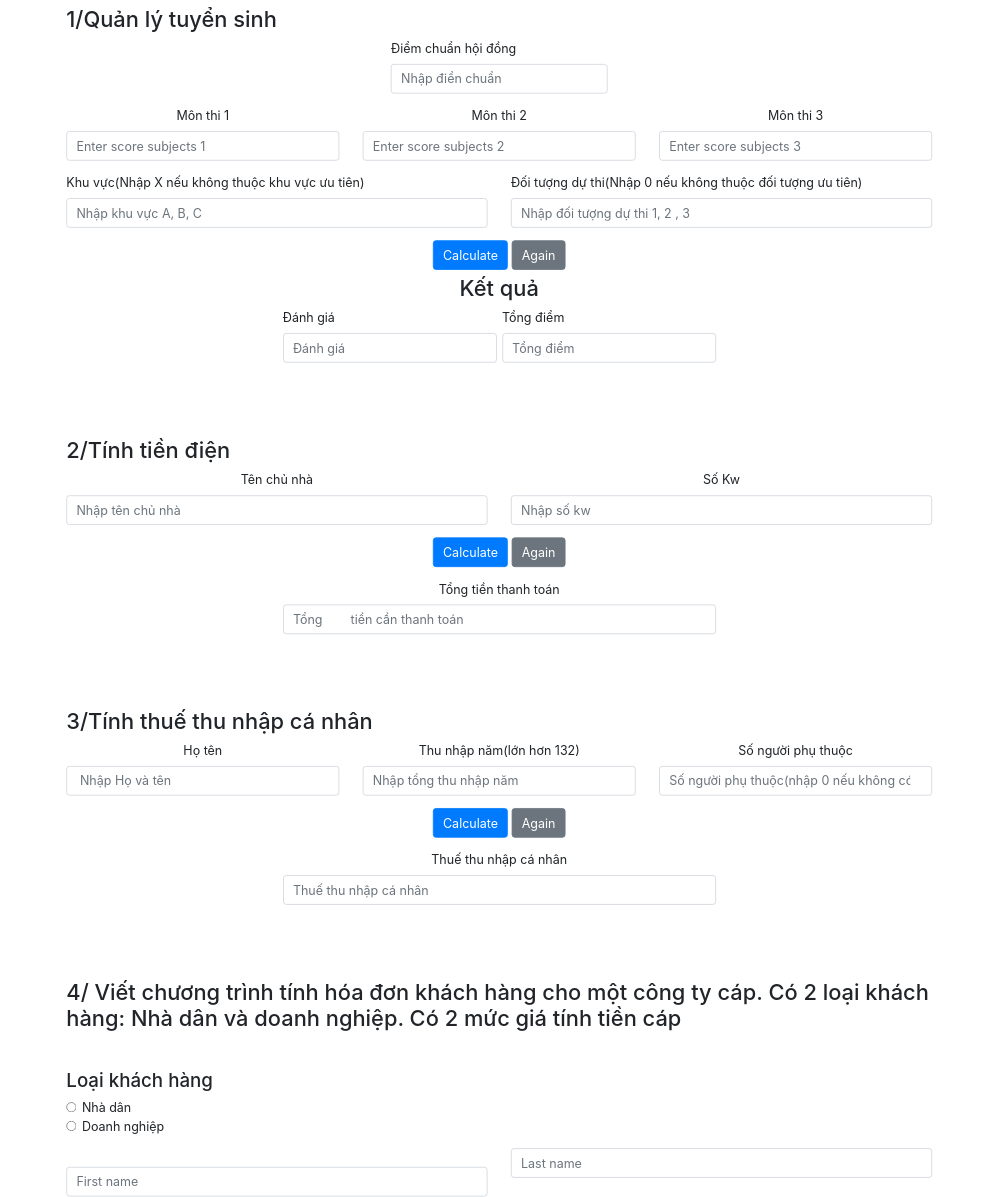
Repository: baobaodeveloper/bootcamp21__jsbasic4_HuynhAnhBao
Page: index.html
The author's editor kept a copy of each file at every save. The page is drawn from the files as they stood at one save, then again after the next save.
The browser window is 1280 px wide. The pictures show the whole page, at 78% of full size.

Above is the page before, as saved 2022-03-13 23:16:16.

### index.html
<!DOCTYPE html>
<html lang="en">
  <head>
    <title>Exercise3</title>
    <!-- Required meta tags -->
    <meta charset="utf-8" />
    <meta
      name="viewport"
      content="width=device-width, initial-scale=1, shrink-to-fit=no"
    />

    <!-- Bootstrap CSS -->
    <link
      rel="stylesheet"
      href="https://stackpath.bootstrapcdn.com/bootstrap/4.3.1/css/bootstrap.min.css"
      integrity="sha384-ggOyR0iXCbMQv3Xipma34MD+dH/1fQ784/j6cY/iJTQUOhcWr7x9JvoRxT2MZw1T"
      crossorigin="anonymous"
    />
  </head>
  <body>
    <!-- 1/Quản lý tuyển sinh -->
    <div class="container mt-2">
      <h3>1/Quản lý tuyển sinh</h3>

      <div class="mb-3 w-25 m-auto">
        <label>Điểm chuẩn hội đồng</label>
        <input
          type="number"
          class="form-control"
          id="score"
          placeholder="Nhập điển chuẩn"
        />
      </div>

      <div class="row mt-3 text-center">
        <div class="col">
          <label>Môn thi 1</label>
          <input
            type="number"
            class="form-control"
            id="score1"
            placeholder="Enter score subjects 1"
          />
        </div>
        <div class="col">
          <label>Môn thi 2</label>
          <input
            type="number"
            class="form-control"
            id="score2"
            placeholder="Enter score subjects 2"
          />
        </div>
        <div class="col">
          <label>Môn thi 3</label>
          <input
            type="number"
            class="form-control"
            id="score3"
            placeholder="Enter score subjects 3"
          />
        </div>
      </div>

      <div class="row mt-3">
        <div class="col">
          <label>Khu vực(Nhập X nếu không thuộc khu vực ưu tiên)</label>
          <input
            type="text"
            class="form-control"
            placeholder="Nhập khu vực A, B, C"
            id="area"
          />
        </div>
        <div class="col">
          <label
            >Đối tượng dự thi(Nhập 0 nếu không thuộc đối tượng ưu tiên)</label
          >
          <input
            type="number"
            class="form-control"
            placeholder="Nhập đối tượng dự thi 1, 2 , 3"
            id="object"
          />
        </div>
      </div>

      <div class="text-center mt-3">
        <button type="button" class="btn btn-primary" id="scoreBtn">
          Calculate
        </button>
        <button type="button" class="btn btn-secondary" id="score-btn-again">
          Again
        </button>
      </div>

      <h3 class="text-center mt-2">Kết quả</h3>

      <div class="mb-3 w-50 d-flex m-auto justify-content-between">
        <div>
          <label>Đánh giá</label>
          <input
            type="email"
            class="form-control"
            placeholder="Đánh giá"
            id="evaluate"
          />
        </div>

        <div>
          <label>Tổng điểm</label>
          <input
            type="email"
            class="form-control"
            placeholder="Tổng điểm"
            id="total-score"
          />
        </div>
      </div>
    </div>

    <!-- 2/Tính tiền điện -->
    <div class="container mt-lg-5 pt-5">
      <h3>2/Tính tiền điện</h3>
      <div class="row text-center">
        <div class="col">
          <label class="form-label">Tên chủ nhà</label>
          <input
            type="text"
            class="form-control"
            id="host"
            placeholder="Nhập tên chủ nhà"
          />
        </div>
        <div class="col">
          <label class="form-label">Số Kw</label>
          <input
            type="number"
            id="number-kw"
            class="form-control"
            placeholder="Nhập số kw"
          />
        </div>
      </div>

      <div class="text-center mt-3">
        <button type="button" class="btn btn-primary" id="electricBill">
          Calculate
        </button>
        <button type="button" class="btn btn-secondary" id="electricbill-again">
          Again
        </button>
      </div>

      <div class="w-50 m-auto pt-3 text-center">
        <label class="form-label">Tổng tiền thanh toán</label>
        <input
          type="text"
          class="form-control"
          id="total-pay"
          placeholder="Tổng
        tiền cần thanh toán"
        />
      </div>
    </div>

    <!-- 3/Tính thuế thu nhập cá nhân -->
    <div class="container mt-lg-5 pt-5">
      <h3>3/Tính thuế thu nhập cá nhân</h3>
      <div class="row text-center">
        <div class="col">
          <label class="form-label">Họ tên</label>
          <input
            type="text"
            class="form-control"
            id="name"
            placeholder=" Nhập Họ và tên"
          />
        </div>
        <div class="col">
          <label class="form-label">Thu nhập năm(lớn hơn 132)</label>
          <input
            type="number"
            id="gross-pay"
            class="form-control"
            placeholder="Nhập tổng thu nhập năm"
          />
        </div>
        <div class="col">
          <label class="form-label">Số người phụ thuộc</label>
          <input
            type="number"
            id="number-people"
            class="form-control"
            placeholder="Số người phụ thuộc(nhập 0 nếu không có)"
          />
        </div>
      </div>

      <div class="text-center mt-3">
        <button type="button" class="btn btn-primary" id="personal-income-tax">
          Calculate
        </button>
        <button
          type="button"
          class="btn btn-secondary"
          id="personal-income-tax-again"
        >
          Again
        </button>
      </div>

      <div class="w-50 m-auto pt-3 text-center">
        <label class="form-label">Thuế thu nhập cá nhân</label>
        <input
          type="text"
          class="form-control"
          id="assessable-income"
          placeholder="Thuế thu nhập cá nhân"
        />
      </div>
    </div>

    <!-- 4/ Viết chương trình tính hóa đơn khách hàng cho một công ty cáp. Có 2 loại khách hàng:
    Nhà dân và doanh nghiệp. Có 2 mức giá tính tiền cáp-->
    <div class="container mt-5 pt-5">
      <h3>
        4/ Viết chương trình tính hóa đơn khách hàng cho một công ty cáp. Có 2
        loại khách hàng: Nhà dân và doanh nghiệp. Có 2 mức giá tính tiền cáp
      </h3>
      <h4 class="mt-5 mt-2">Loại khách hàng</h4>
      <div class="form-check">
        <input
          class="form-check-input"
          type="radio"
          name="flexRadioDefault"
          id="flexRadioDefault1"
          value="private-house"
        />
        <label class="form-check-label" for="flexRadioDefault1">Nhà dân</label>
      </div>
      <div class="form-check">
        <input
          class="form-check-input"
          type="radio"
          name="flexRadioDefault"
          id="flexRadioDefault2"
          value="business"
        />
        <label class="form-check-label" for="flexRadioDefault2">
          Doanh nghiệp
        </label>
      </div>

      <div class="row mt-3">
        <div class="col">
          <label class="form-check-label"></label>
          <input
            type="text"
            class="form-control"
            placeholder="First name"
            aria-label="First name"
          />
        </div>
        <div class="col">
          <input
            type="text"
            class="form-control"
            placeholder="Last name"
            aria-label="Last name"
          />
        </div>
      </div>
    </div>
    <!-- Optional JavaScript -->
    <!-- jQuery first, then Popper.js, then Bootstrap JS -->
    <script
      src="https://code.jquery.com/jquery-3.3.1.slim.min.js"
      integrity="sha384-q8i/X+965DzO0rT7abK41JStQIAqVgRVzpbzo5smXKp4YfRvH+8abtTE1Pi6jizo"
      crossorigin="anonymous"
    ></script>
    <script
      src="https://cdnjs.cloudflare.com/ajax/libs/popper.js/1.14.7/umd/popper.min.js"
      integrity="sha384-UO2eT0CpHqdSJQ6hJty5KVphtPhzWj9WO1clHTMGa3JDZwrnQq4sF86dIHNDz0W1"
      crossorigin="anonymous"
    ></script>
    <script
      src="https://stackpath.bootstrapcdn.com/bootstrap/4.3.1/js/bootstrap.min.js"
      integrity="sha384-JjSmVgyd0p3pXB1rRibZUAYoIIy6OrQ6VrjIEaFf/nJGzIxFDsf4x0xIM+B07jRM"
      crossorigin="anonymous"
    ></script>

    <!-- <script src="exercise1.js"></script> -->
    <!-- <script src="exercise2.js"></script> -->
    <!-- <script src="exercise3.js"></script> -->
    <script src="exercise4.js"></script>
  </body>
</html>

Loaded but not shown: exercise4.js (no stored copy; drawn as an empty file)

After the next save:
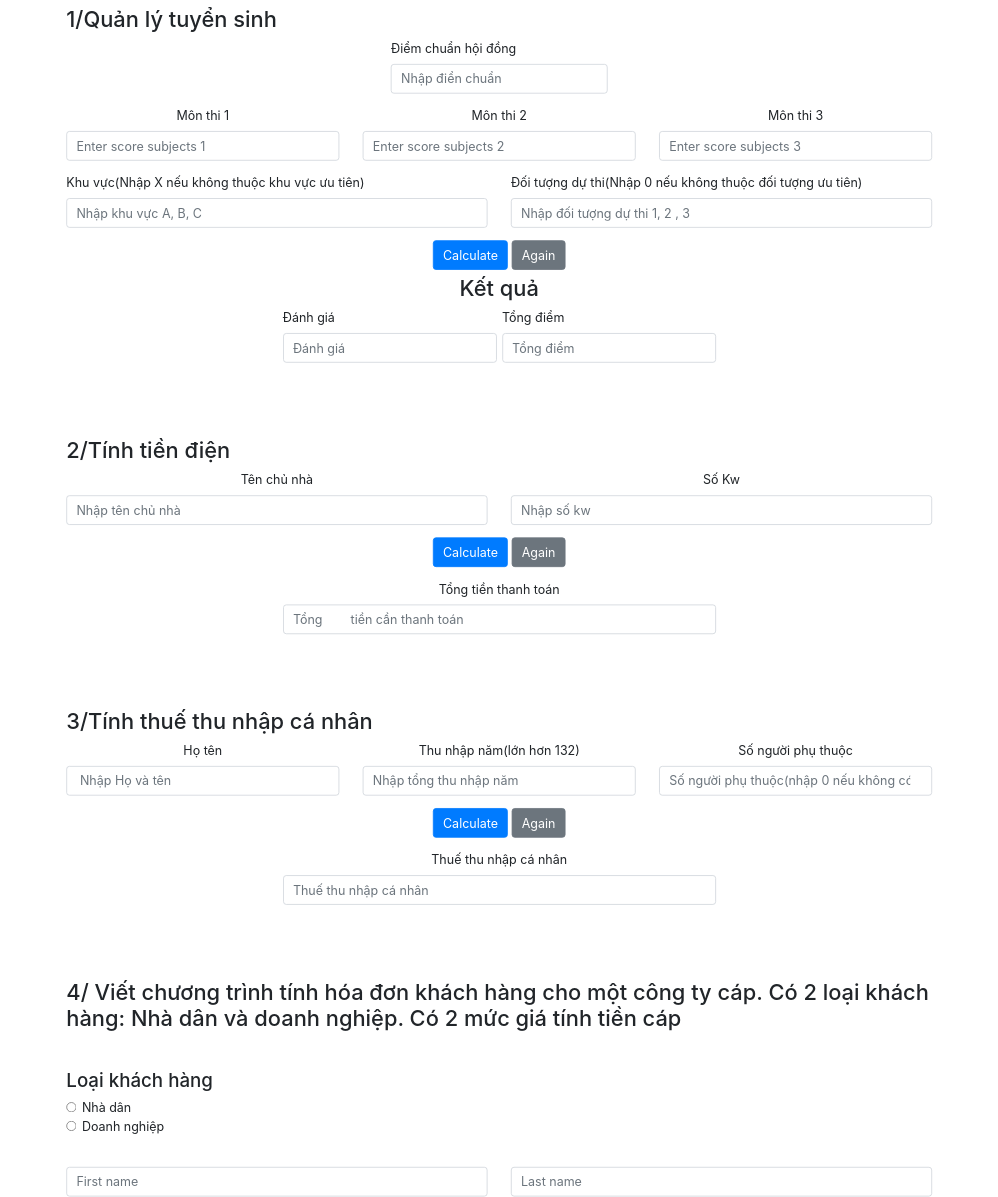
Saved 7 s later.
--- a/index.html
+++ b/index.html
@@ -263,6 +263,7 @@
           />
         </div>
         <div class="col">
+          <label class="form-check-label"></label>
           <input
             type="text"
             class="form-control"
